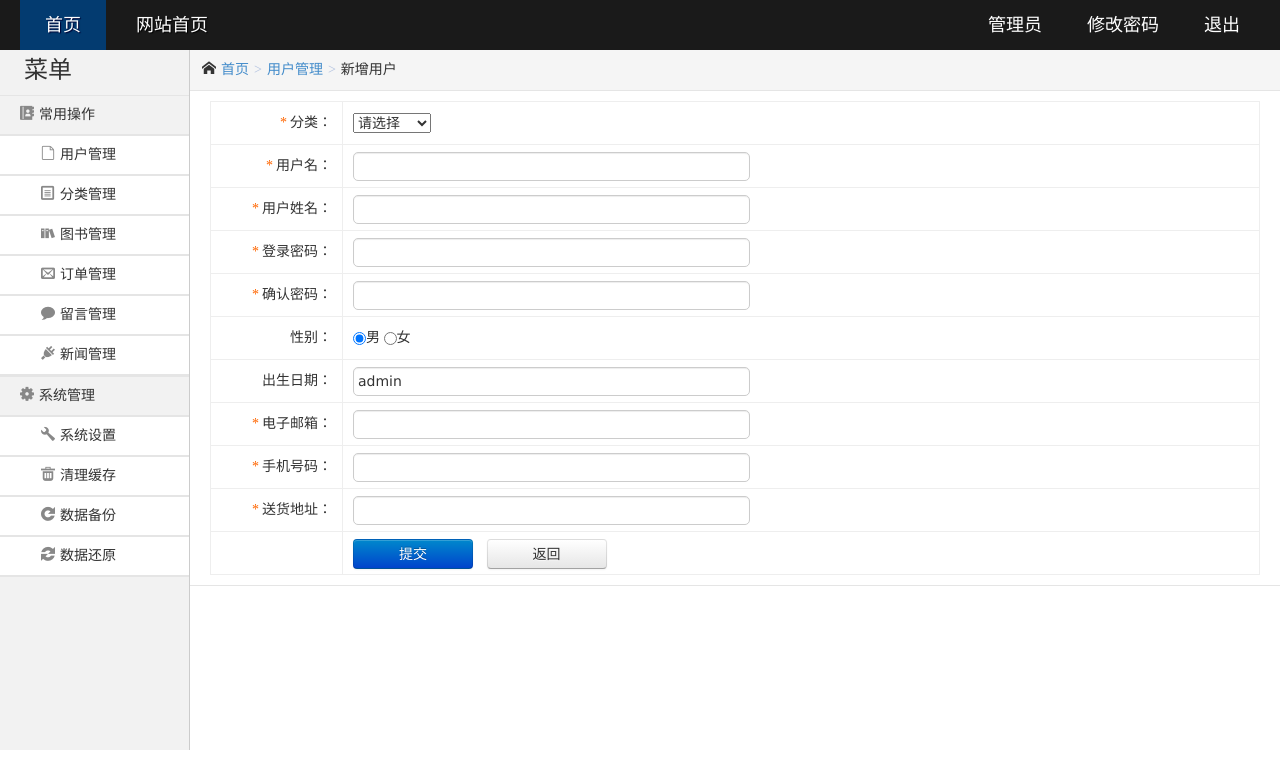
Repository: tianxiaohuahua/liuzhishop
Page: http://localhost/liuzhishop/manage/admin_useradd.jsp
The author's editor kept a copy of each file at every save. The page is drawn from the files as they stood at one save, then again after the next save.
The browser window is 1280 px wide. The pictures show the whole page.
The page is served by Tomcat 9.

Above is the page before, as saved 2021-02-21 12:17:06.

After the next save:
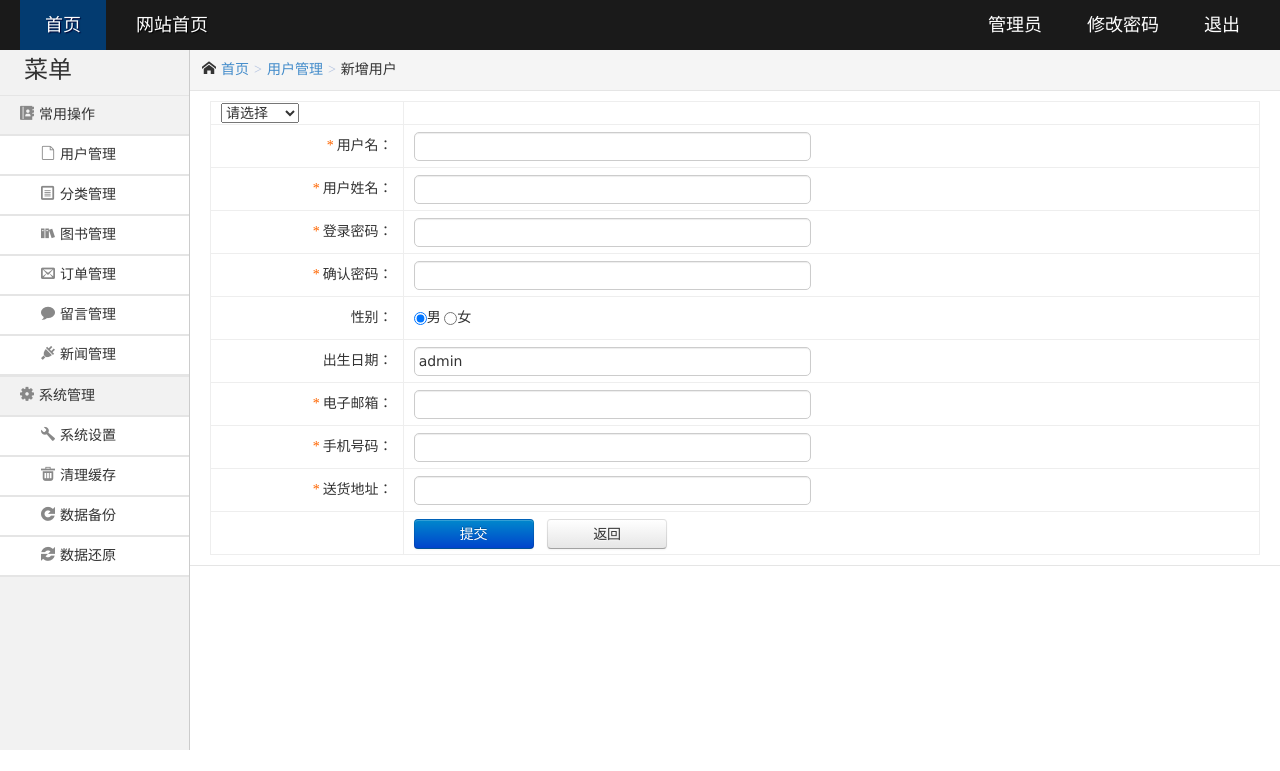
Saved 38 s later.
--- a/liuzhishop/WebContent/manage/admin_useradd.jsp
+++ b/liuzhishop/WebContent/manage/admin_useradd.jsp
@@ -12,7 +12,7 @@
                 <form action="/jscss/admin/design/add" method="post" id="myform" name="myform" enctype="multipart/form-data">
                     <table class="insert-tab" width="100%">
                         <tbody><tr>
-                            <th width="120"><i class="require-red">*</i>分类：</th>
+
                             <td>
                                 <select name="colId" id="catid" class="required">
                                     <option value="">请选择</option>
